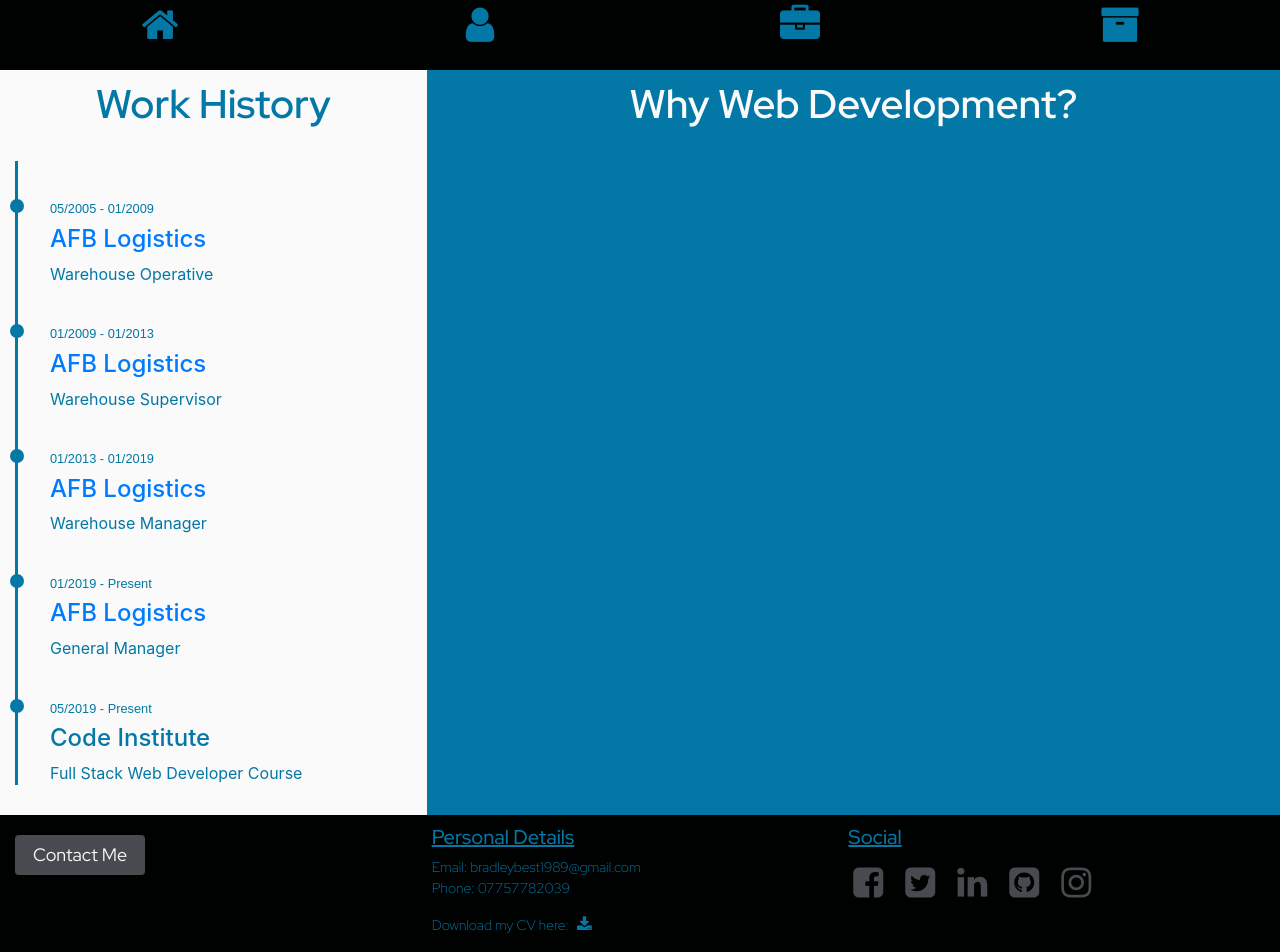
Repository: Brad000/Resume-project
Page: work-history.html
The author's editor kept a record of every edit. The page is drawn from the files as they stood at one moment, then again after the next edit.
The browser window is 1280 px wide. The pictures show the whole page.

Above is the page before.

### work-history.html
<!DOCTYPE html>
<html lang="en">

<head>
    <meta charset="UTF-8">
    <meta name="viewport" content="width=device-width, initial-scale=1.0">
    <meta http-equiv="X-UA-Compatible" content="ie=edge">
    <link rel="stylesheet" href="https://stackpath.bootstrapcdn.com/bootstrap/4.3.1/css/bootstrap.min.css" type="text/css" />
    <link rel="stylesheet" href="https://stackpath.bootstrapcdn.com/font-awesome/4.7.0/css/font-awesome.min.css" type="text/css" />
    <link rel="stylesheet" href="assets/css/style.css" type="text/css" />
    <link rel="stylesheet" href="https://cdnjs.cloudflare.com/ajax/libs/hover.css/2.3.1/css/hover-min.css" type="text/css" />
    <title>Bradley Best - Full Stack Web Developer</title>
</head>

<body>

    <!---------------------------NavBar------------------------------------>

    <header>
        <div class="row no-gutters">
            <div class="col-3 nav-item">
                <i class="fa fa-home"></i>
                <a id="nav-link" href="index.html">
                    <h5 id="nav-text">Home</h5>
                </a>
            </div>
            <div class="col-3 nav-item">
                <i class="fa fa-user"></i>
                <a id="nav-link" href="about-me.html">
                    <h5 id="nav-text">About Me</h5>
                </a>
            </div>
            <div class="col-3 nav-item">
                <i class="fa fa-briefcase"></i>
                <a id="nav-link" href="work-history.html">
                    <h5 id="nav-text">Work History</h5>
                </a>
            </div>
            <div class="col-3 nav-item">
                <i class="fa fa-archive"></i>
                <a id="nav-link" href="#">
                    <h5 id="nav-text">Portfolio</h5>
                </a>
            </div>
        </div>
    </header>

    <!----------------------------Work History----------------------------->
    <div class="row no-gutters">
        <div class="col-md-4 work-history-container">
            <h2 class="main-headings work-headings">Work History</h2>
            <div class="history-items">
                <div class="timeline-item" data-dates="05/2005 - 01/2009">
                    <h4><a href="https://www.google.com/maps/place/AFB+Logistics+LTD./@53.5464526,-2.5892585,15z/data=!4m5!3m4!1s0x0:0x63afc0519c773d45!8m2!3d53.5464526!4d-2.5892585" target="_blank">AFB Logistics</a></h4>
                    <p>Warehouse Operative</p>
                </div>
                <div class="timeline-item" data-dates="01/2009 - 01/2013">
                    <h4><a href="https://www.google.com/maps/place/AFB+Logistics+LTD./@53.5464526,-2.5892585,15z/data=!4m5!3m4!1s0x0:0x63afc0519c773d45!8m2!3d53.5464526!4d-2.5892585" target="_blank">AFB Logistics</a></h4>
                    <p>Warehouse Supervisor</p>
                </div>
                <div class="timeline-item" data-dates="01/2013 - 01/2019">
                    <h4><a href="https://www.google.com/maps/place/AFB+Logistics+LTD./@53.5464526,-2.5892585,15z/data=!4m5!3m4!1s0x0:0x63afc0519c773d45!8m2!3d53.5464526!4d-2.5892585" target="_blank">AFB Logistics</a></h4>
                    <p>Warehouse Manager</p>
                </div>
                <div class="timeline-item" data-dates="01/2019 - Present">
                    <h4><a href="https://www.google.com/maps/place/AFB+Logistics+LTD./@53.5464526,-2.5892585,15z/data=!4m5!3m4!1s0x0:0x63afc0519c773d45!8m2!3d53.5464526!4d-2.5892585" target="_blank">AFB Logistics</a></h4>
                    <p>General Manager</p>
                </div>
                <div class="timeline-item" data-dates="05/2019 - Present">
                    <h4>Code Institute</h4>
                    <p>Full Stack Web Developer Course</p>
                </div>
            </div>

        </div>

        <div class="col-md-8 why-web-container">
            <h2 class="main-headings why-headings">Why Web Development?</h2>

        </div>
    </div>




    <!---------------------------Footer------------------------------------>

    <footer class="container-fluid">
        <div class="row no-gutters" id="footer-details">
            <div class="col-sm-4">
                <button type="button" class="btn btn-secondary contact-button" data-toggle="modal" data-target="#exampleModal">Contact Me</button>
            </div>
            <div class="col-sm-4 footer-headings">
                <h5 class="sub-headings">Personal Details</h5>
                <div class="key">
                    <p class="personal-info-text">
                        Email: bradleybest1989@gmail.com
                    </p>
                </div>
                <div class="personal-info-text">
                    <p>
                        Phone: 07757782039
                    </p>
                </div>
                <div class="personal-info-text">
                    <p class="cv-text">Download my CV here:
                        <span><a href="assets/cv/CV.pdf" target="_blank" class="cv-pdf"></a>
                        <i class="fa fa-download cv-link" aria-hidden="true"></i>
                        </span>
                    </p>
                </div>
            </div>
            <div class="col-sm-4">
                <h5 class="footer-headings sub-headings">Social</h5>
                <ul class="list-inline">
                    <li class="list-inline-item social-links">
                        <a target="_blank" href="https://www.facebook.com/profile.php?id=100010751790168">
                            <i class="fa fa-facebook-square" aria-hidden="true"></i>
                            <span class="sr-only">Facebook</span>
                        </a>
                    </li>
                    <li class="list-inline-item social-links">
                        <a target="_blank" href="https://twitter.com/BradleyBest28">
                            <i class="fa fa-twitter-square" aria-hidden="true"></i>
                            <span class="sr-only">Twitter</span>
                        </a>
                    </li>
                    <li class="list-inline-item social-links">
                        <a target="_blank" href="https://www.linkedin.com/in/bradley-best-b56072188/">
                            <i class="fa fa-linkedin" aria-hidden="true"></i>
                            <span class="sr-only">Linkedin</span>
                        </a>
                    </li>
                    <li class="list-inline-item social-links">
                        <a target="_blank" href="https://github.com/Brad000/Resume-project">
                            <i class="fa fa-github-square" aria-hidden="true"></i>
                            <span class="sr-only">GitHub</span>
                        </a>
                    </li>
                    <li class="list-inline-item social-links">
                        <a target="_blank" href="https://www.instagram.com/brad_best0/?hl=en">
                            <i class="fa fa-instagram" aria-hidden="true"></i>
                            <span class="sr-only">Instagram</span>
                        </a>
                    </li>
                </ul>
            </div>
        </div>
    </footer>

</body>

</html>

### assets/css/style.css
@import url('https://fonts.googleapis.com/css?family=Red+Hat+Display:100,200,300,400,500,600,700');

/*-------------------Nav----------------------*/

.background {
  height: 100vh;
  width: 100%;
}

.nav-item {
  height: 70px;
  background-color: #000201;
  text-align: center;
  padding: 0;
}

.fa-home,
.fa-user,
.fa-archive,
.fa-briefcase {
  font-size: 25px;
  color: #0378A6;
  padding: 10px;
}

#nav-text {
  font-family: 'Red Hat Display', sans-serif;
  font-size: 12px;
  font-weight: 600;
  color: #0378A6;
  opacity: 1;
  cursor: pointer;
  text-decoration: none;
  transition: opacity 0.5s ease-in-out;
  -moz-transition: opacity 0.5s ease-in-out;
  -webkit-transition: opacity 0.5s ease-in-out;
  -o-transition: opacity 0.5s ease-in-out;
}

#nav-text:hover {
  opacity: 1;
}

#nav-link {
  text-decoration: none;
}

.landing-name {
  position: absolute;
  margin: 0;
  top: 40%;
  left: 50%;
  transform: translate(-50%, -50%);
  color: #fafafa;
  font-family: 'Red Hat Display', sans-serif;
  font-weight: 100;
  font-size: 26px;
}

.landing-text {
  position: absolute;
  top: 50%;
  left: 50%;
  transform: translate(-50%, -50%);
  color: #fafafa;
  font-family: 'Red Hat Display', sans-serif;
  font-weight: 400;
  font-size: 14px;
}


/*-------------------About Me-----------------*/

.about-me-container {
  background-color: #0378A6;
}

.about-me-text {
  padding-left: 15px;
  padding-right: 15px;
  font-family: 'Red Hat Display', sans-serif;
  color: #fafafa;
}

.main-headings {
  padding-top: 10px;
  padding-bottom: 25px;
  text-align: center;
  font-weight: 600;
  font-size: 40px;
}

.headings {
  padding-bottom: 10px;
  font-size: 25px;
  font-weight: 300;
}

.about-me-para {
  padding-bottom: 5px;
  font-size: 16px;
  line-height: 1.8em;
  font-weight: 100;
}

/*-------------------Skills-------------------*/

.skills-container {
  background-color: #fafafa
}

.skills-text {
  font-family: 'Red Hat Display', sans-serif;
  color: #0378a6;
  padding-left: 15px;
  padding-right: 15px;
}

.skills-heading {
  text-align: left;
  color: #0378a6;
  font-size: 25px;
  font-weight: 500;
  padding-top: 10px;
}

.fa-desktop,
.fa-cog,
.fa-book {
  padding-right: 10px;
  font-size: 28px;
}

.skills-para {
  padding-bottom: 30px;
  font-size: 16px;
  line-height: 1.8em;
  font-weight: 400;
}

@keyframes load{
  from {
    width: 0%
  }
}
@-webkit-keyframes load{
  from {
    width: 0%
  }
}
@-moz-keyframes load{
  from {
    width: 0%
  }
}
@-o-keyframes load{
  from {
    width: 0%
  }
}

.bar{
  background-color: #5f6366;
  padding: 0;
  border-radius: 5px;
  margin-bottom: 20px;
  font-size: 14px;
  color: #5f6366;
  font-weight: 300;
  font-family: 'Red Hat Display', sans-serif;
  text-shadow: 1px 1px 1px rgba(0,0,0,0.5);
  margin-left: 20px;
  margin-right: 20px;
}
.bar::before{
  content:  attr(data-skill);
  background-color: #04C4D9;
  display: inline-block;
  padding: 5px 0 5px 10px;
  border-radius: inherit;
  animation: load 2s 0s;
  -webkit-animation: load 2s 0s;
  -moz-animation: load 2s 0s;
  -o-animation: load 2s 0s;
}

.bar.front::before{
  background-color: #90ccf4;
}
.bar.back::before{
  background-color: #5da2d5;
}
.bar.learning::before{
  background-color: #f78888;
}

.bar.learning::before{
  width: calc(20% - 10px);
}
.bar.basic::before{
  width: calc(40% - 10px);
}
.bar.intermediate::before{
  width: calc(60% - 10px);
}
.bar.advanced::before{
  width: calc(70% - 10px);
}
.bar.expert::before{
  width: calc(90% - 10px);
}

/*---------------Work History------------------*/

.work-history-container {
  background-color: #fafafa
}

.work-headings {
  font-family: 'Red Hat Display', sans-serif;
  color: #0378a6;
  padding-left: 15px;
  padding-right: 15px;
}

.timeline-item {
    padding: 4em 2em 0em 2em;
    position: relative;
    color: #0378a6;
    border-left: 3px solid;
    margin-left: 15px;
}

.timeline-item p {
    padding: 0;
    margin: 0;
}

.timeline-item:before {
    content: attr(data-dates);
    position: absolute;
    left: 2.5em;
    top: 3em;
    display: block;
    font-family: "Exo", sans-serif;
    font-weight: 500;
    font-size: 0.8em;
    padding: 0;
    margin: 0;
}

.timeline-item:after {
    width: 14px;
    height: 14px;
    display: block;
    top: 2.4em;
    position: absolute;
    left: -8px;
    border-radius: 12px;
    content: ' ';
    background: #0378a6;
}

.history-items {
    margin-bottom: 30px;
}













.why-web-container {
  background-color: #0378A6;
}

.why-headings {
  padding-left: 15px;
  padding-right: 15px;
  font-family: 'Red Hat Display', sans-serif;
  color: #fafafa;
}





/*-------------------Footer-------------------*/

footer {
  background-color: #000201;
  color: #0378A6;
  min-height: 130px;
  margin: 0;
  font-size: 18px;
  font-family: 'Red Hat Display', sans-serif;
  font-weight: 300;

}

.sub-headings {
  padding-top: 10px;
  text-decoration: underline;
}

.contact-button {
  width: 130px;
  border: 0;
  height: 40px;
  margin-left: 0;
  margin-top: 10px;
  margin-bottom: 10px;
  text-align: center;
  font-size: 18px;
  color: #fafafa;
  background: #474b4f;
  transition: background 0.5s ease-in-out;
  -moz-transition: background 0.5s ease-in-out;
  -webkit-transition: background 0.5s ease-in-out;
  -o-transition: background 0.5s ease-in-out;
}

.contact-button:hover {
  background-color: #04C4D9;
}

.personal-info-text {
  margin: 0;
  font-size: 14px;
  font-weight: 200;
}

.cv-link {
  margin-left: 5px;
  font-size: 16px;
  color: #0378A6;
  transition: color 0.5s ease-in-out;
  -moz-transition: color 0.5s ease-in-out;
  -webkit-transition: color 0.5s ease-in-out;
  -o-transition: color 0.5s ease-in-out;
}

.cv-link:hover {
  color: #025E73;
  cursor: pointer;
}

.social-links a {
  color: #474b4f;
  font-size: 35px;
  padding: 5px;
  transition: color 0.5s ease-in-out;
  -moz-transition: color 0.5s ease-in-out;
  -webkit-transition: color 0.5s ease-in-out;
  -o-transition: color 0.5s ease-in-out;
}

.social-links a:hover {
  color: #04C4D9;
}

/*----------------Media Queries---------------*/

@media(min-width: 575px) {
  .contact-button {
    margin-top: 20px;
  }
}

@media(min-width: 575px) {
  .fa-home,
  .fa-user,
  .fa-archive,
  .fa-briefcase {
    font-size: 40px;
    padding: 5px;
  }
}

@media(min-width: 575px) {
  #nav-text {
    opacity: 0;
    font-size: 14px;
  }
}

@media(min-width: 374px) {
  .landing-name {
    font-size: 33px;
  }
  .landing-text {
    font-size: 16px;
  }
}

@media(min-width: 767px) {
  .landing-name {
    font-size: 60px;
    padding-bottom: 15px;
  }
  .landing-text {
    font-size: 30px;
  }
}

@media(min-width: 1024px) {
  .landing-name {
    font-size: 80px;
  }
  .landing-text {
    font-size: 40px;
  }
}

After the next edit:
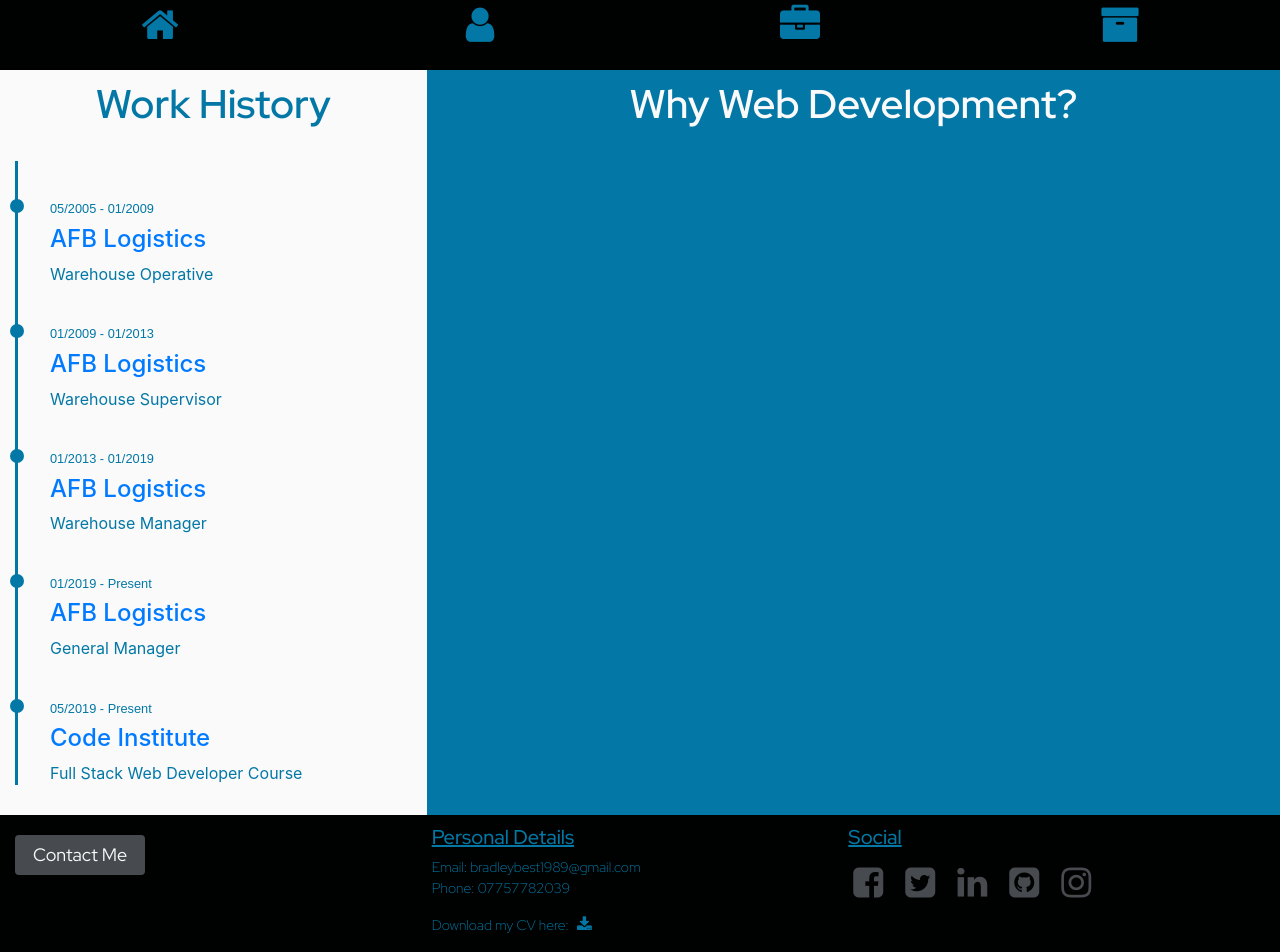
The edit:
--- a/work-history.html
+++ b/work-history.html
@@ -67,7 +67,7 @@
                     <p>General Manager</p>
                 </div>
                 <div class="timeline-item" data-dates="05/2019 - Present">
-                    <h4>Code Institute</h4>
+                    <h4><a href="https://codeinstitute.net/" target="_blank">Code Institute</a></h4>
                     <p>Full Stack Web Developer Course</p>
                 </div>
             </div>
